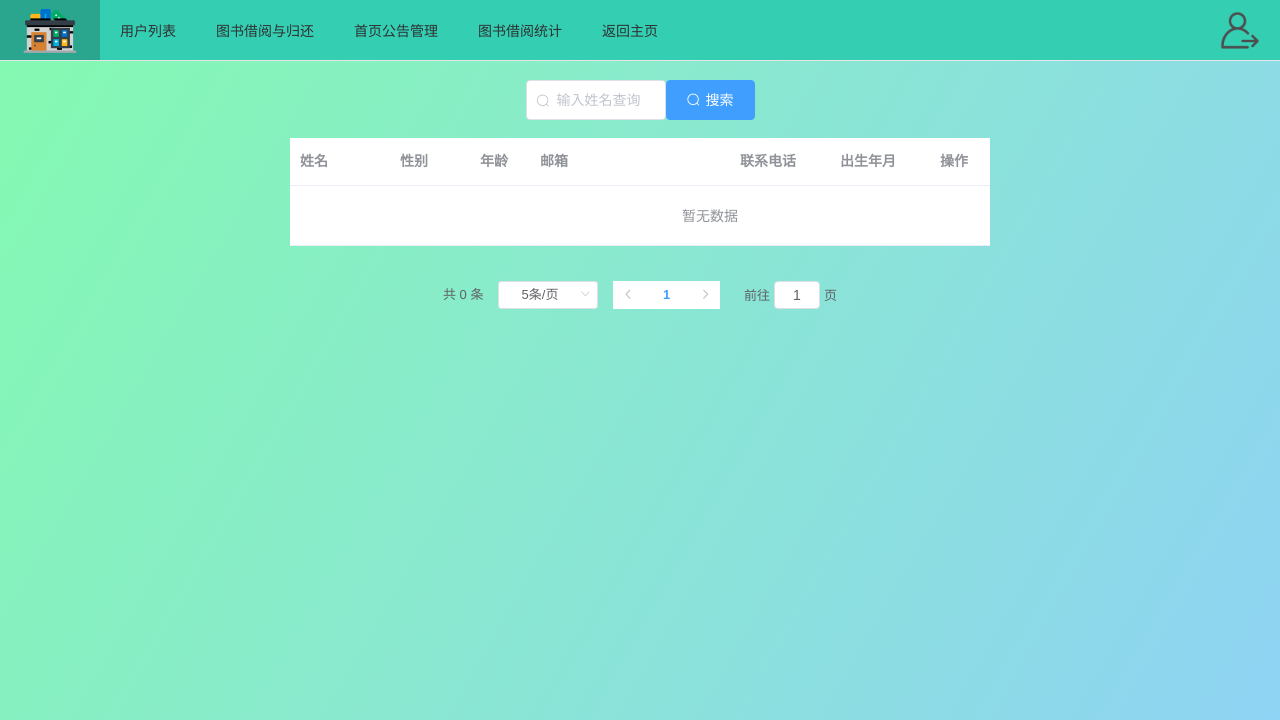
Repository: Akron-xz/helloVue
Page: /#/newissue (app in vue-library/)
These files come from the project's save history. The page is drawn as it stood at one moment and after the next save; the edit follows.
The browser window is 1280 px wide. The pictures show the whole page.
The page's requests for data from a server got no answer. The project was rebuilt for these pictures with package versions that can differ from the ones it lists, and the page was loaded fresh each time. No one was signed in, and anything a server would have sent is missing. Also part of the build but not shown: vue-library/src/components/homeNav.vue, vue-library/src/views/Home.vue.

Above is the page before, as saved 2020-11-24 19:41:02.

### vue-library/src/main.js
import Vue from 'vue'
import App from './App.vue'
import ElementUI from 'element-ui';
import 'element-ui/lib/theme-chalk/index.css';
import axios from "axios"
import router from './router'
import Router from 'vue-router'

const routerPush = Router.prototype.push
Router.prototype.push = function push(location) {
    return routerPush.call(this, location).catch(error => error)
}

Vue.config.productionTip = false
Vue.use(ElementUI);
Vue.prototype.$axios = axios;


new Vue({
    router,
    render: h => h(App)
}).$mount('#app')

### vue-library/src/router/index.js
import Vue from 'vue'
import VueRouter from 'vue-router'
import Home from '../views/Home.vue'


Vue.use(VueRouter)

const routes = [{
        path: '/',
        name: 'Home',
        component: Home
    },
    {
        path: '/about',
        name: 'About',
        // route level code-splitting
        // this generates a separate chunk (about.[hash].js) for this route
        // which is lazy-loaded when the route is visited.
        component: () =>
            import ( /* webpackChunkName: "about" */ '../views/About.vue')
    },
    {
        path: '/admin',
        name: 'Admin',
        // route level code-splitting
        // this generates a separate chunk (about.[hash].js) for this route
        // which is lazy-loaded when the route is visited.
        component: () =>
            import ( /* webpackChunkName: "about" */ '../views/Administrator.vue')
    },
    {
        path: "/userLogin",
        name: "UserLogin",
        component: () =>
            import ('../views/UserLogin.vue')
    },
    {
        path: "/user",
        name: "User",
        component: () =>
            import ( /* webpackChunkName: "about" */ '../views/User.vue')
    },
    {
        path: "/signup",
        name: "SignUp",
        component: () =>
            import ('../views/SignUp.vue')
    },
    {
        path: "/adminmain",
        name: "AdminMain",
        component: () =>
            import ('../views/AdminMain.vue')
    },
    {

        path: "/MyInformation",
        name: "MyInformation",
        component: () =>
            import ('../views/MyInformation.vue')
    },
    {
        path: "/library",
        name: "Library",
        component: () =>
            import ( /* webpackChunkName: "about" */ '../views/Library.vue')

    },
    {
        path: "/modifymsg",
        name: "ModifyMsg",
        component: () =>
            import ('../views/ModifyMsg.vue')
    },
    {
        path: "/borrowhistory",
        name: "BorrowHistory",
        component: () =>
            import ('../views/BorrowHistory.vue')
    },
    {
        path: "/newissue",
        name: "NewIssue",
        component: () =>
            import ('../views/NewIssue.vue')
    },
    {
        path: "/booksearch",
        name: "BookSearch",
        component: () =>
            import ('../views/BookSearch.vue')
    },
    {
        path: "/MyBookshelves",
        name: "MyBookshelves",
        component: () =>
            import ('../views/MyBookshelves.vue')
    },
    {
        path: "/modifyAnnounce",
        name: "ModifyAnnounce",
        component: () =>
            import ('../views/ModifyAnnounce.vue')
    },
    {
        path: "/statistics",
        name: "Statistics",
        component: () =>
            import ('../views/Statistics.vue')
    },


]

const router = new VueRouter({
    routes
})

export default router

### vue-library/src/views/NewIssue.vue
<template>
  <div class="new-issue-container">
    <!-- 导航栏 -->
    <div>
      <navigation></navigation>
    </div>
    <br />
    <!-- 展示简略表格 -->
    <!-- <div class="table-div" v-show="!dispalyInfo"> -->
    <div class="table-div">
      <el-input
        placeholder="输入姓名查询"
        prefix-icon="el-icon-search"
        v-model="searchContent"
        @keyup.enter.native="search"
        style="width: 20%"
      >
      </el-input>
      <el-button
        type="primary"
        icon="el-icon-search"
        @click="search"
        >搜索</el-button
      >
      <br />
      <br />
      <el-table
        :data="
          lists.slice(
            (page.currentPage - 1) * page.pageSize,
            page.currentPage * page.pageSize
          )
        "
        max-height="315"

      >
        <el-table-column prop="name" label="姓名" width="100">
        </el-table-column>
        <el-table-column prop="sexStr" label="性别" width="80">
        </el-table-column>
        <el-table-column prop="age" label="年龄" width="60"> </el-table-column>
        <el-table-column prop="email" label="邮箱" width="200">
        </el-table-column>
         <!-- <el-table-column prop="password" label="密码" width="300">
        </el-table-column> -->
        <el-table-column prop="phone" label="联系电话" width="100">
        </el-table-column>
        <el-table-column prop="birthdayStr" label="出生年月" width="100">
        </el-table-column>
        <el-table-column label="操作" width="200">
          <template slot-scope="scope">
            <el-button type="primary" size="mini" @click="retrieve(scope.row)"
              >查看</el-button
            >
            <el-button type="primary" size="mini" @click="deleteById(scope.row)"
              >注销</el-button
            >
          </template>
        </el-table-column>
      </el-table>
      <br />
      <!-- 分页器 -->
      <div class="block" style="margin-top: 15px">
        <el-pagination
          align="center"
          @size-change="handleSizeChange"
          @current-change="handleCurrentChange"
          :current-page="page.currentPage"
          :page-sizes="[1, 5, 10, 20]"
          :page-size="page.pageSize"
          layout="total, sizes, prev, pager, next, jumper"
          :total="lists.length"
        >
        </el-pagination>
      </div>
    </div>
    <!-- 个人完整信息（第1种）v-show -->
    <div v-show="false">
      <br />
      <el-button type="primary" icon="el-icon-back" @click="goBack"
        >返回</el-button
      >
      <br />
      <br />
      <el-table :data="userData">
        <el-table-column prop="name" label="姓名" width="80"> </el-table-column>
        <el-table-column prop="sex" label="性别" width="60"> </el-table-column>
        <el-table-column prop="age" label="年龄" width="60"> </el-table-column>
        <el-table-column prop="email" label="邮箱" width="140">
        </el-table-column>
        <el-table-column prop="password" label="密码" width="140">
        </el-table-column>
        <el-table-column prop="birthday" label="出生年月" width="200">
        </el-table-column>
        <el-table-column prop="phone" label="联系电话" width="140">
        </el-table-column>
        <el-table-column prop="address" label="居住地址" width="140">
        </el-table-column>
        <el-table-column prop="introduction" label="个人描述" width="100">
        </el-table-column>
        <el-table-column prop="identity" label="身份" width="100">
        </el-table-column>
      </el-table>
    </div>

    <!-- 个人完整信息（第2种）对话框 -->
    <div>
      <el-dialog title="借阅历史"
        :visible.sync="dispalyInfo"
        :append-to-body="true"
        :modal-append-to-body="false"
        :center="true">
        <el-table :data="borrowHistory">

        <el-table-column prop="book.bookName" label="书名" width="80"> </el-table-column>
        <el-table-column prop="borrowTimeStr" label="借阅时间" width="160"> </el-table-column>
        <el-table-column prop="deadlineStr" label="截止日期" width="160"> </el-table-column>
        <el-table-column prop="validTime" label="有效期" width="80"> </el-table-column>
        <el-table-column prop="returnTimeStr" label="归还时间" width="160"> </el-table-column>
        <el-table-column prop="borrowStates" label="状态" width="80"> </el-table-column>

      </el-table>
      </el-dialog>
    </div>
  </div>
</template>

<script>
import Navigation from "@/components/Nav.vue";

import axios from "axios";

export default {
  name: "newIssue",

  components: {
    Navigation,
  },

  data() {
    return {
      dispalyInfo: false,
      searchContent: "",
      userData: [],
      borrowHistory:[],
      pageSize: 5,
      total: 10,
      tableData: [
        { userId: 1, name: "test1", sex: "1", age: "1", email: "111@qq.com" },
        { userId: 2, name: "test2", sex: "2", age: "2", email: "222@qq.com" },
        { userId: 3, name: "test3", sex: "3", age: "3", email: "333@qq.com" },
      ],

      lists: [],

      page: {
        currentPage: 1, // 当前页码
        total: 20, // 总条数
        pageSize: 5, // 每页的数据条数
      },
    };
  },
  methods: {

    //输入姓名模糊搜索
    search() {
      // if (this.searchContent=="") {
      //   this.$message({
      //     message: '请输入需要查询的信息。',
      //     type: 'error'
      //   });
      //   return 0;
      // }
      let searchContent = this.searchContent;
      axios({
        method: "get",
        url:
          "http://localhost:8081/user/selectUserByVagueName/" + searchContent,
      })
        .then((res) => {
          // 接收数据
          this.userData = res.data;

        })
        .catch(function (error) {
          //请求失败
          console.log("error...", error);
        });
    },
    //查看个人信息
    retrieve(row) {
      // console.log(row);
      this.dispalyInfo = !this.dispalyInfo;
      this.userData = [row];
      console.log(this.userData[0].userId);
      axios({
        method:"get",
        url:"http://localhost:8081/user/selectBorrowHistory",
        params:{
          userId:this.userData[0].userId
        }
      }).then(res=>{
          this.borrowHistory=res.data;
          console.log(this.borrowHistory);
      })
    },
    //删除某个用户
    deleteById(row) {
      console.log(row);
      const userId = parseInt(row.userId);
      // const id=row.i
      // axios()
      console.log(userId);
      axios({
        method: "post",
        url: "http://localhost:8081/user/deleteUser/" + userId,
        // data() {
        //   userId : userId
        // },
      });
      this.$message({
        message: '删除成功',
        type: 'success'
      });

      this.getLists();
    },
    //返回
    goBack() {
      this.dispalyInfo = !this.dispalyInfo;
    },
    handleSizeChange(val) {
      console.log(`每页 ${val} 条`);
      this.page.currentPage = 1;
      this.page.pageSize = val;
    },
    handleCurrentChange(val) {
      console.log(`当前页: ${val}`);
      this.page.currentPage = val;
    },
    //获取 lists json 数据
    getLists() {
      axios({
        //get方式获取数据
        method: "get",
        //接口地址
        url: "http://localhost:8081/user/selectAllUser",
      })
        .then((res) => {
          //请求数据 res 返回的数据
          console.log(res);

          let list = res.data;
          //列表数据
          this.lists = list;
          //检查数据是否能正常接受1
          // console.log("json", this.lists);
        })
        .catch(function (error) {
          //请求失败
          console.log("error...", error);
        });
    },
  },

  // created() {
  //   this.getLists();
  // },

  mounted() {
    //生命周期钩子函数  挂载完成
    this.getLists();
  },
};
</script>

<style scoped>
.new-issue-container {
  position: fixed;
  left: 0;
  top: 0;
  width: 100%;
  height: 100%;
  background-image: linear-gradient(120deg, #84fab0 0%, #8fd3f4 100%);
}

a {
  font-size: 18px;
  text-decoration: none;
}

.table-div {
  width: 700px;
  margin: auto;
  position: absolute;
  top: 80px;
  left: 0;
  right: 0;
  bottom: 0;
}
</style>

### vue-library/src/components/Nav.vue
<template>

     <div class="navigation-bar">
      <el-menu
        class="el-menu-demo"
        mode="horizontal"
        @select="handleSelect"
        background-color="#34CFB3"
        text-color="#303133"
        text-font="15px">

        <el-menu-item>
                <img src="/img/libraryIcon.png" alt="" target="_self" class="libraryIcon">
            </el-menu-item>

        <el-menu-item index="1" @click="toSearchClient">
          <a  target="_self"  >用户列表</a></el-menu-item
        >
        <el-menu-item index="2" @click="toBooks">
          <a  target="_self">图书借阅与归还</a>
        </el-menu-item>

        <el-menu-item index="3" @click="toAnnounce">
          <a  target="_self">首页公告管理</a>
        </el-menu-item>
        <el-menu-item index="4" @click="toStatistics">
          <a  target="_self">图书借阅统计</a></el-menu-item
        >
        <el-menu-item index="5" @click="toMain">
          <a  target="_self">返回主页</a>
        </el-menu-item>

        <el-menu-item index="6" class="exitIcon">
                <img src="/img/logoutIcon.png" alt="" target="_self" class="logoutIcon">
        </el-menu-item>

      </el-menu>

    </div>
</template>

<script>
export default {
    name:"Nav",
    data() {
      return {
        activeIndex: '1'
      }
    },
    methods: {
    handleSelect(key, keyPath) {
      console.log(key, keyPath);
    },
    toMain(){
      this.$router.push({path:'/'});
    },

    toSearchClient(){
      this.$router.push({path:'/newissue'});
    },
    toSearchFile(){
      this.$router.push({path:'/signup'});
    },
    toAnnounce(){
      this.$router.push({path:'/modifyannounce'});
    },
    toBooks(){
      this.$router.push({path:'/booksearch'});
    },
    toStatistics(){
      this.$router.push({path:'/Statistics'});
    },


  },

}
</script>>

<style scoped>
.libraryIcon{
  height: 60px;
  width: 60px;
}

.exitIcon{
  float: right;
}

.logoutIcon{
  height: 40px;
  width: 40px;
}
</style>>

Loaded but not shown: vue-library/public/index.html (common file); vue-library/src/App.vue (common file)

After the next save:
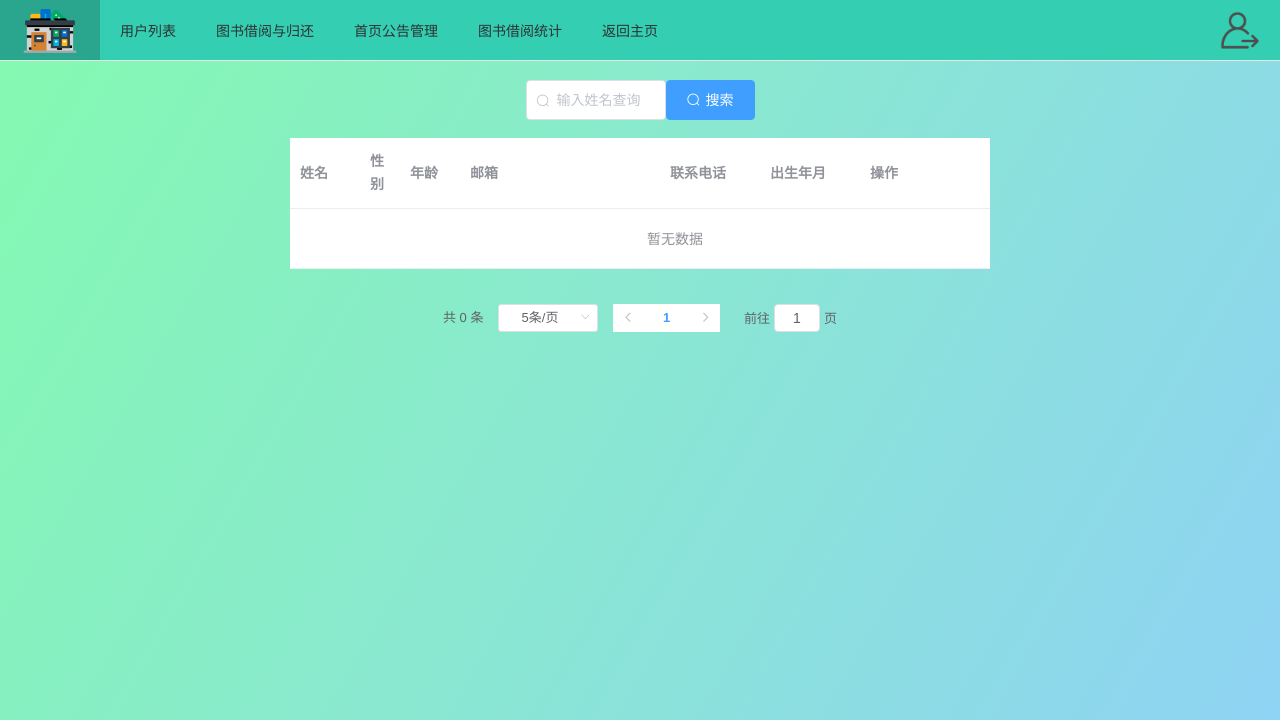
Saved 24 s later.
--- a/vue-library/src/views/NewIssue.vue
+++ b/vue-library/src/views/NewIssue.vue
@@ -34,9 +34,9 @@
         max-height="315"
 
       >
-        <el-table-column prop="name" label="姓名" width="100">
-        </el-table-column>
-        <el-table-column prop="sexStr" label="性别" width="80">
+        <el-table-column prop="name" label="姓名" width="70">
+        </el-table-column>
+        <el-table-column prop="sexStr" label="性别" width="40">
         </el-table-column>
         <el-table-column prop="age" label="年龄" width="60"> </el-table-column>
         <el-table-column prop="email" label="邮箱" width="200">
